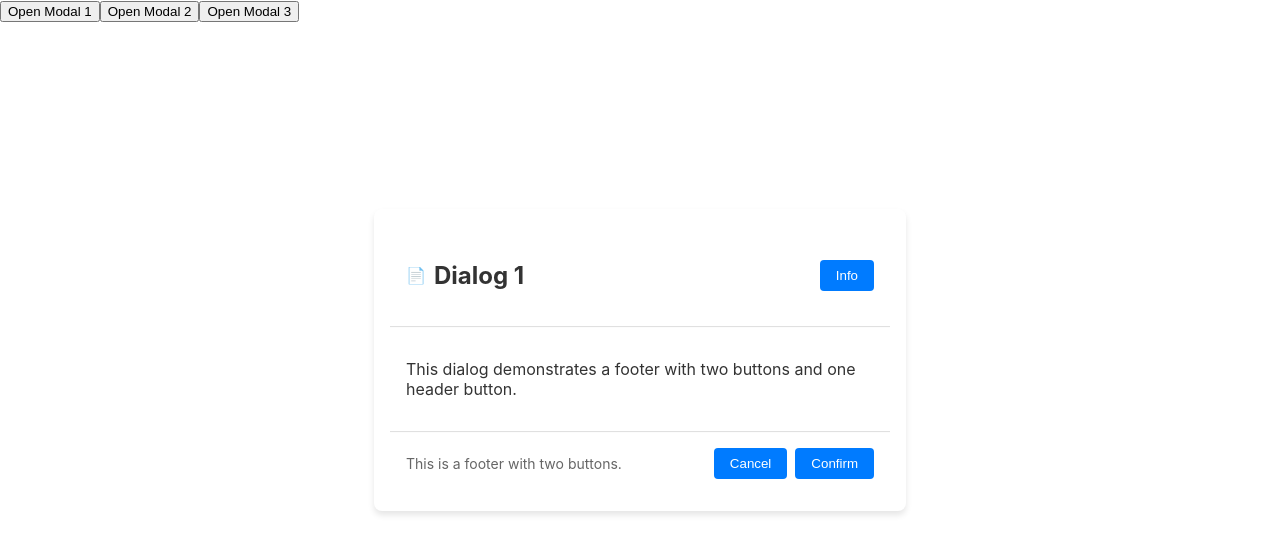
Repository: OliverKostic/dialog-app
Page: /, after clicking the first element matching `button`
The author's editor kept a copy of each file at every save. The page is drawn from the files as they stood at one save, then again after the next save.
The browser window is 1280 px wide. The pictures show the whole page.
The project was rebuilt for these pictures with package versions that can differ from the ones it lists, and the page was loaded fresh each time.

Above is the page before, as saved 2024-11-28 12:39:04.

### src/App.tsx
import React, { useState } from "react";
import Modal from "./components/Modal/Modal";
import Button from "./components/Modal/Button";

const App: React.FC = () => {
  const [currentModal, setCurrentModal] = useState<string | null>(null);

  const closeModal = () => setCurrentModal(null);

  return (
    <div>
      <button onClick={() => setCurrentModal("modal1")}>Open Modal 1</button>
      <button onClick={() => setCurrentModal("modal2")}>Open Modal 2</button>
      <button onClick={() => setCurrentModal("modal3")}>Open Modal 3</button>

      {currentModal === "modal1" && (
        <Modal
          title="Dialog 1"
          icon={<span>📄</span>}
          headerButtons={[
            <Button label="Info" onClick={() => alert("Info button.")} />,
          ]}
          footerButtons={[
            <Button label="Cancel" onClick={closeModal} />,
            <Button label="Confirm" onClick={() => alert("Confirmed!")} />,
          ]}
          additionalText="This is a footer with two buttons."
        >
          <p>
            This dialog demonstrates a footer with two buttons and one header
            button.
          </p>
        </Modal>
      )}

      {currentModal === "modal2" && (
        <Modal
          title="Dialog 2"
          icon={<span>⚙️</span>}
          headerButtons={[
            <Button
              label="Settings"
              onClick={() => alert("Settings clicked!")}
            />,
            <Button label="Help" onClick={() => alert("Help clicked!")} />,
          ]}
        >
          <p>
            This dialog demonstrates two header buttons and no footer buttons.
          </p>
        </Modal>
      )}

      {currentModal === "modal3" && (
        <Modal
          title="Dialog 3"
          additionalText="This is a footer with one button."
          footerButtons={[<Button label="Close" onClick={closeModal} />]}
        >
          <p>
            This dialog demonstrates no header buttons and a footer with one
            button.
          </p>
        </Modal>
      )}
    </div>
  );
};

export default App;

### src/components/Modal/Modal.tsx
import React from 'react';
import Header from './Header';
import Footer from './Footer';
import Content from './Content';
import styles from './Modal.module.scss';

interface ModalProps {
  title: string;
  icon?: React.ReactNode;
  footerButtons?: React.ReactNode[];
  headerButtons?: React.ReactNode[];
  additionalText?: string;
  children: React.ReactNode;
}

const Modal: React.FC<ModalProps> = ({
  title,
  icon,
  footerButtons,
  headerButtons,
  additionalText,
  children,
}) => {


  return (
    <div className={styles.modal}>
      <Header title={title} icon={icon} buttons={headerButtons} />
      <Content>{children}</Content>
      <Footer buttons={footerButtons} additionalText={additionalText} />
    </div>
  );
};

export default Modal;

### src/components/Modal/Button.tsx
import React from 'react';
import styles from './Modal.module.scss';

interface ButtonProps {
  label: string;
  onClick: () => void;
}

const Button: React.FC<ButtonProps> = ({ label, onClick }) => {
  return (
    <button className={styles.button} onClick={onClick}>
      {label}
    </button>
  );
};

export default Button;

### src/components/Modal/Header.tsx
import React from 'react';
import ButtonGroup from './ButtonGroup';
import styles from './Modal.module.scss';

interface HeaderProps {
  title: string;
  icon?: React.ReactNode;
  buttons?: React.ReactNode[];
}

const Header: React.FC<HeaderProps> = ({ title, icon, buttons }) => {
  return (
    <div className={styles.header}>
      {icon && <div className={styles.icon}>{icon}</div>}
      <h2 className={styles.title}>{title}</h2>
      {buttons && <ButtonGroup buttons={buttons} />}
    </div>
  );
};

export default Header;

### src/components/Modal/Footer.tsx
import React from 'react';
import ButtonGroup from './ButtonGroup';
import styles from './Modal.module.scss';

interface FooterProps {
  buttons?: React.ReactNode[];
  additionalText?: string;
}

const Footer: React.FC<FooterProps> = ({ buttons, additionalText }) => {
  return (
    <div className={styles.footer}>
      {additionalText && <div className={styles.additionalText}>{additionalText}</div>}
      {buttons && <ButtonGroup buttons={buttons} />}
    </div>
  );
};

export default Footer;

### src/components/Modal/Content.tsx
import React from 'react';
import styles from './Modal.module.scss';

interface ContentProps {
  children: React.ReactNode;
}

const Content: React.FC<ContentProps> = ({ children }) => {
  return <div className={styles.content}>{children}</div>;
};

export default Content;

### src/components/Modal/Modal.module.scss
$modal-bg: #ffffff;
$modal-shadow: 0 4px 6px rgba(0, 0, 0, 0.1);
$primary-color: #007bff;
$text-color: #333;

.modal {
  position: fixed;
  top: 50%;
  left: 50%;
  transform: translate(-50%, -50%);
  width: 500px;
  background-color: #ffffff;
  border-radius: 8px;
  box-shadow: 0 4px 6px rgba(0, 0, 0, 0.1);
  z-index: 1000;
  padding: 16px;
  display: flex;
  flex-direction: column;
}

.header {
  padding: 16px;
  display: flex;
  align-items: center;
  justify-content: space-between;
  border-bottom: 1px solid #ddd;

  .icon {
    margin-right: 8px;
  }

  h2 {
    flex-grow: 1;
    color: $text-color;
  }

  .buttons {
    display: flex;
    gap: 8px;
  }
}

.content {
  padding: 16px;
  color: $text-color;
}

.footer {
  display: flex;
  justify-content: space-between;
  align-items: center;
  padding: 16px;
  border-top: 1px solid #ddd;

  .additionalText {
    font-size: 14px;
    color: #666;
    margin-right: 16px;
  }

  .buttons {
    display: flex;
    gap: 8px;
  }
}

.button {
  padding: 8px 16px;
  background-color: $primary-color;
  color: #fff;
  border: none;
  border-radius: 4px;
  cursor: pointer;
  transition: background-color 0.3s;

  &:hover {
    background-color: darken($primary-color, 10%);
  }
}

.buttonGroup {
  display: flex;
  gap: 8px;
  align-items: center;
}

### src/components/Modal/ButtonGroup.tsx
import React from 'react';
import styles from './Modal.module.scss';

interface ButtonGroupProps {
  buttons: React.ReactNode[];
}

const ButtonGroup: React.FC<ButtonGroupProps> = ({ buttons }) => {
  return <div className={styles.buttonGroup}>{buttons}</div>;
};

export default ButtonGroup;

Loaded but not shown: public/index.html (common file); src/index.tsx (common file); src/index.css (common file); src/reportWebVitals.ts (common file)

After the next save:
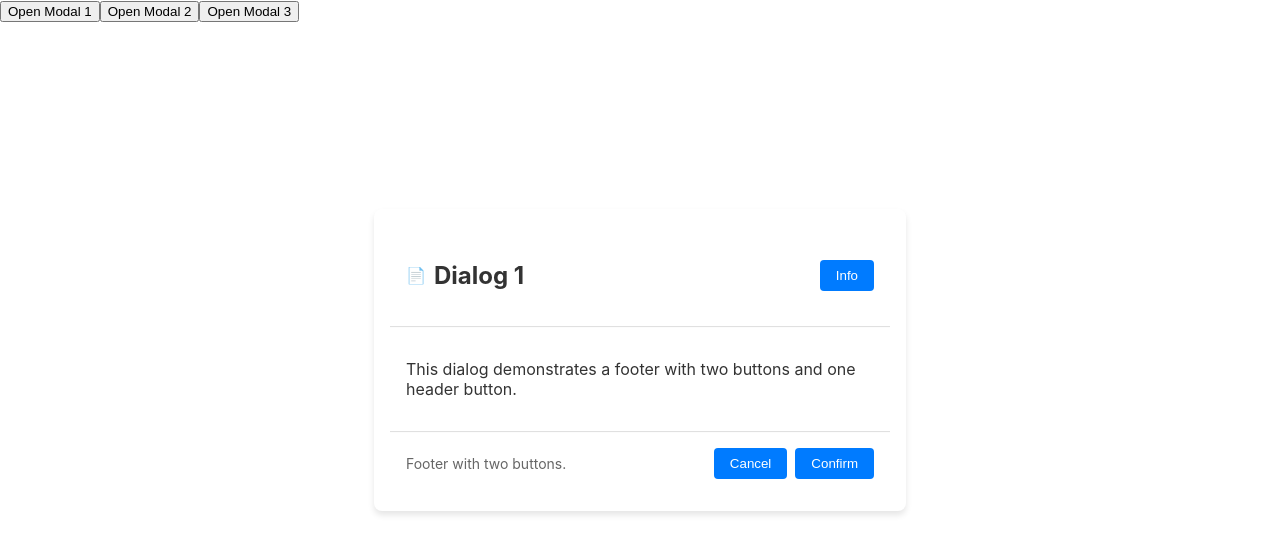
Saved 18 s later.
--- a/src/App.tsx
+++ b/src/App.tsx
@@ -24,7 +24,7 @@ const App: React.FC = () => {
             <Button label="Cancel" onClick={closeModal} />,
             <Button label="Confirm" onClick={() => alert("Confirmed!")} />,
           ]}
-          additionalText="This is a footer with two buttons."
+          additionalText="Footer with two buttons."
         >
           <p>
             This dialog demonstrates a footer with two buttons and one header
